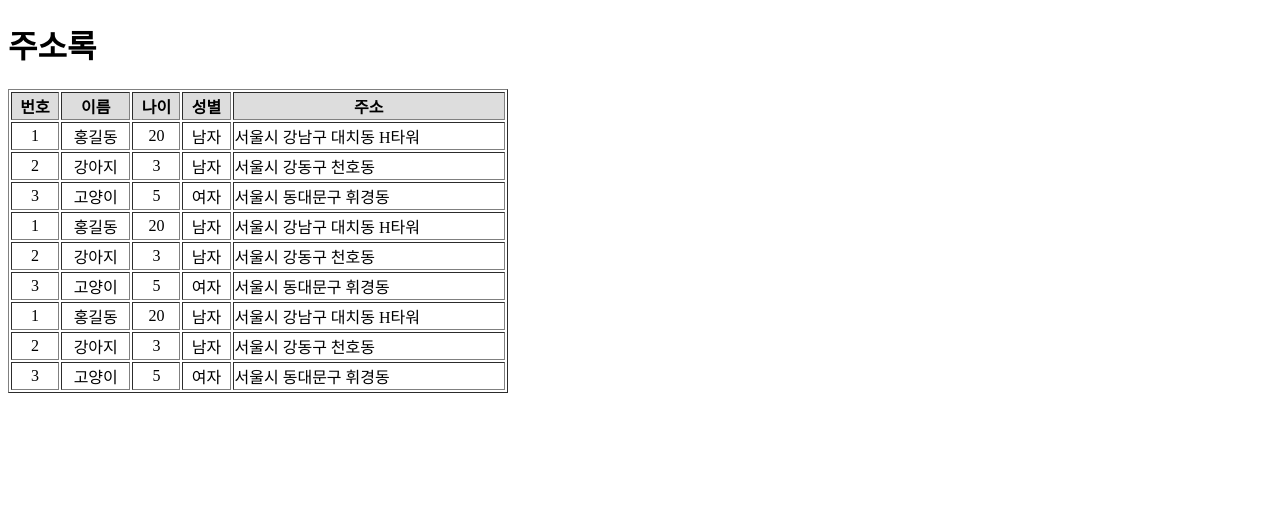
Repository: kmd192kmd/Web
Page: html/HtmlTest/src/main/webapp/ex14_table.html
The author's editor kept a copy of each file at every save. The page is drawn from the files as they stood at one save, then again after the next save.
The browser window is 1280 px wide. The pictures show the whole page.

Above is the page before, as saved 2026-02-13 05:50:06.

After the next save:
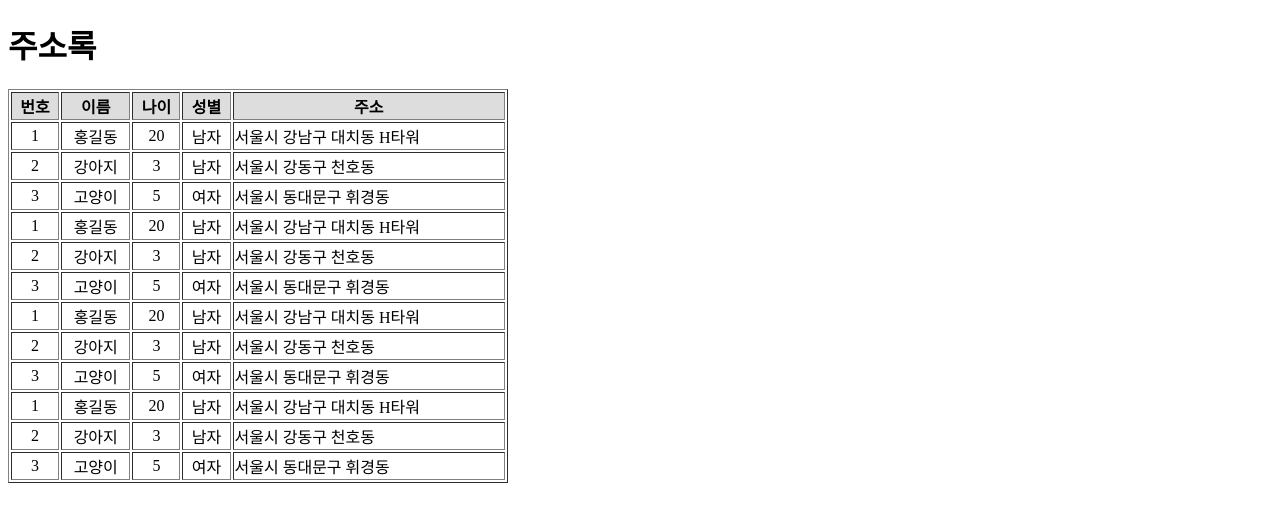
Saved 6 s later.
--- a/html/HtmlTest/src/main/webapp/ex14_table.html
+++ b/html/HtmlTest/src/main/webapp/ex14_table.html
@@ -82,6 +82,28 @@
 			<td>서울시 동대문구 휘경동</td>
 		</tr>
 
+		<tr>
+			<td align="center">1</td>
+			<td align="center">홍길동</td>
+			<td align="center">20</td>
+			<td align="center">남자</td>
+			<td>서울시 강남구 대치동 H타워</td>
+		</tr>
+		<tr>
+			<td align="center">2</td>
+			<td align="center">강아지</td>
+			<td align="center">3</td>
+			<td align="center"> 남자</td>
+			<td>서울시 강동구 천호동</td>
+		</tr>
+		<tr>
+			<td align="center">3</td>
+			<td align="center">고양이</td>
+			<td align="center">5</td>
+			<td align="center">여자</td>
+			<td>서울시 동대문구 휘경동</td>
+		</tr>
+
 
 </body>
 </html>
